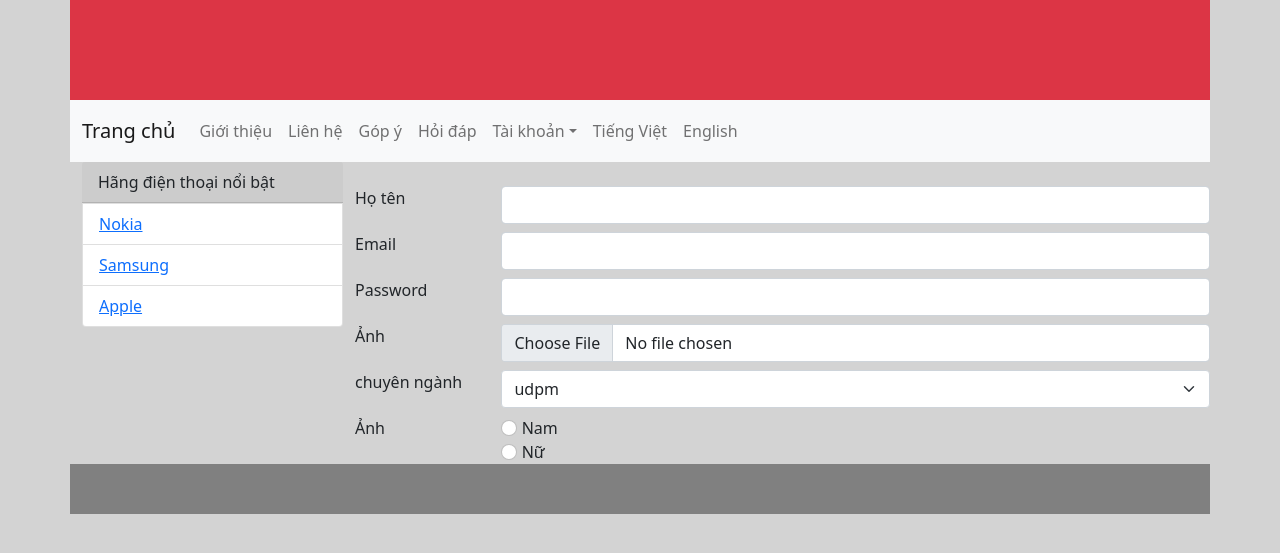
Repository: minhtu5502/fontendFamework
Page: day1 copy/index.html
The author's editor kept a copy of each file at every save. The page is drawn from the files as they stood at one save, then again after the next save.
The browser window is 1280 px wide. The pictures show the whole page.

Above is the page before, as saved 2022-01-08 16:09:46.

### day1 copy/index.html
<!DOCTYPE html>
<html lang="en">

<head>
    <meta charset="UTF-8">
    <meta http-equiv="X-UA-Compatible" content="IE=edge">
    <meta name="viewport" content="width=device-width, initial-scale=1.0">
    <title>IT16313</title>
    <!-- Style -->
    <link rel="stylesheet" href="css/bootstrap.min.css" />
    <link rel="stylesheet" href="css/css.css">
</head>

<body>
    <!-- Script -->
    <script src="js/jquery.min.js"></script>
    <script src="js/popper.min.js"></script>
    <script src="js/bootstrap.min.js"></script>

    <div class="container">
        <header class="row bg-danger"></header>

        <nav class="row navbar navbar-expand-lg navbar-light bg-light">
            <div class="container-fluid">
                <a class="navbar-brand" href="#">Trang chủ</a>
                <button class="navbar-toggler" type="button" data-bs-toggle="collapse"
                    data-bs-target="#navbarSupportedContent" aria-controls="navbarSupportedContent"
                    aria-expanded="false" aria-label="Toggle navigation">
                    <span class="navbar-toggler-icon"></span>
                </button>
                <div class="collapse navbar-collapse" id="navbarSupportedContent">
                    <ul class="navbar-nav me-auto mb-2 mb-lg-0">
                        <li class="nav-item">
                            <a class="nav-link " href="#">Giới thiệu</a>
                        </li>
                        <li class="nav-item">
                            <a class="nav-link" href="#">Liên hệ</a>
                        </li>
                        <li class="nav-item">
                            <a class="nav-link" href="#">Góp ý</a>
                        </li>
                        <li class="nav-item">
                            <a class="nav-link" href="#">Hỏi đáp</a>
                        </li>
                        <li class="nav-item dropdown">
                            <a class="nav-link dropdown-toggle" href="#" id="navbarDropdown" role="button"
                                data-bs-toggle="dropdown" aria-expanded="false">Tài khoản</a>
                            <ul class="dropdown-menu" aria-labelledby="navbarDropdown">
                                <li><a class="dropdown-item" href="#">Đăng nhập</a></li>
                                <li><a class="dropdown-item" href="#">Đăng ký</a></li>
                                <li><a class="dropdown-item" href="#">Quên mật khẩu</a></li>

                                <li>
                                    <hr class="dropdown-divider">
                                </li>
                                <li><a class="dropdown-item" href="#">Hồ sơ cá nhân></li>
                                <li><a class="dropdown-item" href="#">Đổi mật khẩu</a></li>
                                <li><a class="dropdown-item" href="#">Đăng xuẩ</a></li>

                                <li>
                                    <hr class="dropdown-divider">
                                </li>
                                <li><a class="dropdown-item" href="#">Đơn đặt hàng</a></li>
                            </ul>
                        </li>
                        <li class="nav-item">
                            <a class="nav-link" href="#">Tiếng Việt</a>
                        </li>
                        <li class="nav-item ">
                            <a class="nav-link  " href="#">English</a>
                        </li>
        </nav>

        <div class="row p-0">
            <aside class="col-3">
                <ul class="list-group">
                    <div class="card-header">Hãng điện thoại nổi bật</div>
                    <li class="list-group-item"><a
                            href="https://uqoojcos5nobj.vcdn.cloud/uploads/2021/11/nokia-black-300x300.jpg">Nokia</a>
                    </li>
                    <li class="list-group-item"><a
                            href="https://uqoojcos5nobj.vcdn.cloud/uploads/2021/11/nokia-black-300x300.jpg">Samsung</a>
                    </li>
                    <li class="list-group-item"><a
                            href="https://uqoojcos5nobj.vcdn.cloud/uploads/2021/11/nokia-black-300x300.jpg">Apple</a>
                    </li>
                </ul>
            </aside>
            <article class="col-12 col-md-9 p-0 pt-3">
                <div class="container p-0">
                    <form action="" class="">
                        <div class="mt-2 row">
                            <label for="" class="col-2">Họ tên</label>
                            <div class="col-10"><input type="text" name="full_name" class="form-control" /></div>

                        </div>
                        <div class="mt-2 row">
                            <label for="" class="col-2">Email</label>
                            <div class="col-10"><input type="email" name="email" class="form-control" /></div>

                        </div>
                        <div class="mt-2 row">
                            <label for="" class="col-2">Password</label>
                            <div class="col-10"><input type="password" name="password" class="form-control" /></div>

                        </div>
                        <div class="mt-2 row">
                            <label for="" class="col-2">Ảnh</label>
                            <div class="col-10"><input type="file" name="avatar" class="form-control" /></div>

                        </div>
                        <div class="mt-2 row">
                            <label for="" class="col-2">chuyên ngành</label>
                            <div class="col-10">
                                <select name="" id="" class="form-select">
                                    <option value="udpm">udpm</option>
                                    <option value="tktw">tktw</option>
                                    <option value="ltmt">ltmt</option>
                                </select>
                            </div>

                        </div>
                        <div class="mt-2 row">
                            <label for="" class="col-2">Ảnh</label>
                            <div class="col-10 rơ">
                                <div class="col-2">
                                    <input type="radio" name="gioitinh" id="gioitinhNam" value="Nam" class="form-check-input" />
                                    <label for="">Nam</label>
                                </div>
                                <div class="col-2">
                                    <input type="radio" name="gioitinh" id="gioitinhNu" value="Nữ" class="form-check-input" />
                                    <label for="">Nữ</label>
                                </div>

                            </div>

                        </div>
                    </form>
                </div>
            </article>
        </div>
        <footer class="row"></footer>
    </div>
</body>

</html>

### day1 copy/css/css.css
body{
    padding:0px;
    margin:0 auto;
    background-color:lightgray;
}
header{
    height:100px;
    background-color:red;
}
nav{
    line-height:30px;
    background-color:yellow;
}
.container>div>*{
    min-height:300px;
    /* background-color:blue; */
}

footer{
    height:50px;
    background-color:gray;
}

Loaded but not shown: day1 copy/css/bootstrap.min.css (library); day1 copy/js/jquery.min.js (library); day1 copy/js/popper.min.js (library); day1 copy/js/bootstrap.min.js (library)

After the next save:
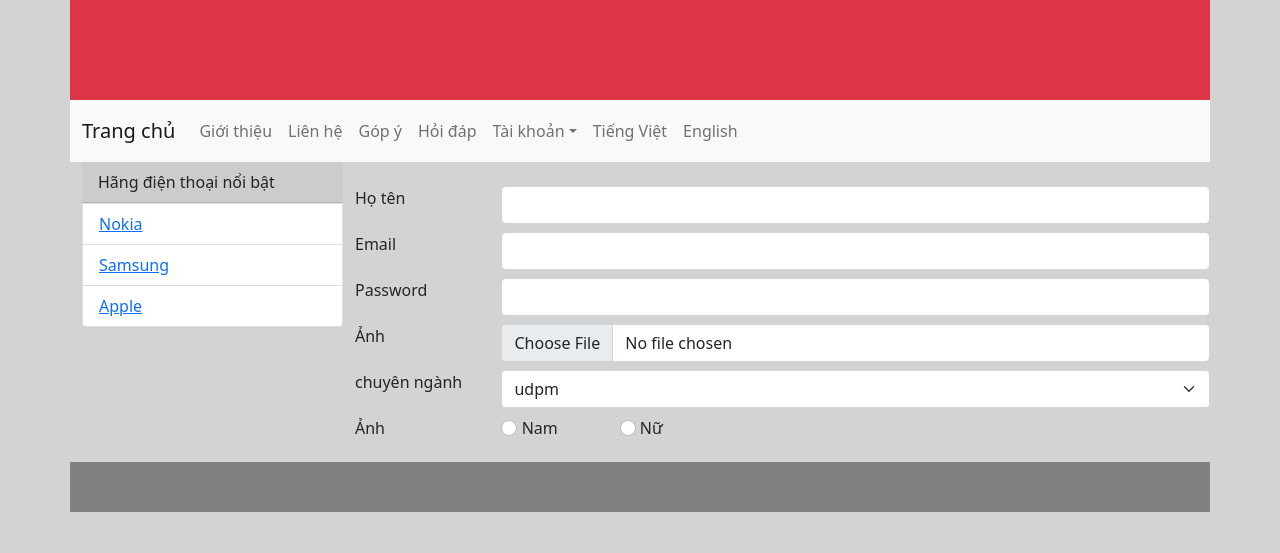
Saved 4 s later.
--- a/day1 copy/index.html
+++ b/day1 copy/index.html
@@ -122,7 +122,7 @@
                         </div>
                         <div class="mt-2 row">
                             <label for="" class="col-2">Ảnh</label>
-                            <div class="col-10 rơ">
+                            <div class="col-10 row">
                                 <div class="col-2">
                                     <input type="radio" name="gioitinh" id="gioitinhNam" value="Nam" class="form-check-input" />
                                     <label for="">Nam</label>
